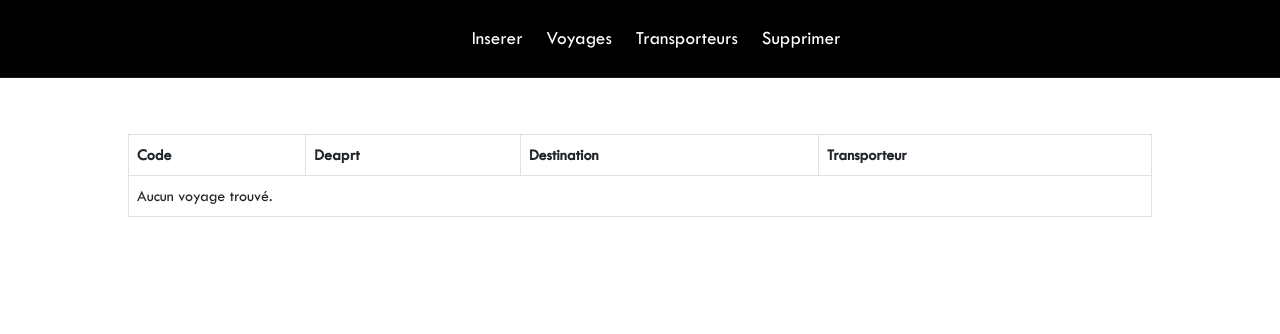
Repository: padevft/examen1-php
Page: http://localhost/server/pages/transporteurs.php
These files come from the project's save history. The page is drawn as it stood at one moment and after the next save; the edit follows.
The browser window is 1280 px wide. The pictures show the whole page.
The page is run by PHP 8.4 with error messages shown; the project is at /var/www/html/.

Above is the page before, as saved 2023-10-10 23:34:41.

### server/pages/transporteurs.php
<?php
    // require_once('../voyage/includes/Voyage.php');
    // require_once('../voyage/modeleVoyage.php');
    function Ctr_Liste(){
        // return Mdl_ListeTransporteur();
        return "";
    }
    $resultat = Ctr_Liste();
?>

<!DOCTYPE html>
<html lang="en">

<head>
  <meta charset="UTF-8" />
  <meta name="viewport" content="width=device-width, initial-scale=1.0" />
  <title>Examen1</title>

  <link rel="stylesheet" href="../../client/utilitaires/bootstrap/css/bootstrap.min.css">
  <link rel="stylesheet" href="../../client/utilitaires/font-awesome-4.7.0/css/font-awesome.min.css">
  <link rel="stylesheet" href="../../client/utilitaires/swiper/swiper-bundle.min.css">
  <link rel="stylesheet" href="../../client/css/styles.css">

</head>

<body>
  <header>
    <nav class="container-nav">
        <ul class="d-flex flex-row align-items-center justify-content-center gap-4 menu">
          <li><a href="./../../index.php" class="menu-item">Inserer</a></li>
            <li><a href="/server/pages/voyages.php" class="menu-item">Voyages</a></li>
            <li><a href="/server/pages/transporteurs.php" class="menu-item">Transporteurs</a></li>
            <li><a href="/server/pages/supprimerVols.php" class="menu-item">Supprimer</a></li>
        </ul>
    </nav>
  </header>
  <main class="voyages">
    <div class="table-responsive">
        <table class="table table-bordered rounded my-2 bg-white">
                <thead>
                    <tr class="active text-secondary">
                        <th>Code</th>
                        <th>Deaprt</th>
                        <th>Destination</th>
                        <th>Transporteur</th>
                    </tr>
                </thead>
                <tbody>
                <?php
                    // Testez si $resultat est un tableau
                    if (is_array($resultat)) {
                        // Si c'est un tableau, itérez à travers les éléments et affichez-les
                        foreach ($resultat as $row) {
                            echo "<tr>";
                            echo "<td>" . $row['code'] . "</td>";
                            echo "<td>" . $row['depart'] . "</td>";
                            echo "<td>" . $row['destination'] . "</td>";
                            echo "<td>" . $row['transporteur'] . "</td>";
                            echo "</tr>";
                        }
                    } else {
                        // Sinon, affichez un message d'erreur
                        echo "<tr><td colspan='4'>Aucun voyage trouvé.</td></tr>";
                    }
                    ?>
                </tbody>
            </table>
    </div>

  </main>
  </main>
  <script src="../../client/utilitaires/Jquery/jquery-3.6.0.min.js"></script>
  <script src="../../client/utilitaires/bootstrap/js/bootstrap.min.js"></script>
</body>

</html>

### client/css/styles.css
/* var text-decoration */
@font-face {
  font-family: myfont;
  src: url(../utilitaires/fonts/ufonts.com_tw-cen-mt.ttf);
}

:root {
  --color-primary: #c54f13;
  --color-primary-1: #b76b452e;
  --color-white-1: #fff;
  --color-dashed: #cccccc2f;
  --color-dashed-1: #cccccc90;
  --color-bg-1: rgba(0, 0, 0, 0.366);
}

* {
  transition: all 0.5s ease;
}

body {
  font-family: myfont !important;
}
h1 {
  display: inline-flex;
  position: relative;
  cursor: pointer;
}

a {
  color: unset;
  outline: unset;
  text-decoration: none !important;
}

ul {
  list-style-type: none; /* Retire les puces */
}

/*

****************************
Header
****************************

*/

header ul {
  margin: 0 !important;
}
.container-nav {
  padding: 1.5rem 0rem;
  background-color: black;
  border-bottom: 1px solid rgba(255, 255, 255, 0.1);
}

.menu-item {
  display: inline;
  position: relative;
  color: var(--color-white-1);
  padding-bottom: 5px;
  font-size: 1.2rem;
}

.menu-item:hover {
  color: var(--color-primary);
}
.menu-item::before {
  content: "";
  position: absolute;
  bottom: 0;
  left: 0;
  background: var(--color-primary);
  height: 2.5px;
  opacity: 1;
  visibility: visible;
  width: 0;
  -webkit-transition: 0.4s all ease-out;
  -o-transition: 0.4s all ease-out;
  transition: 0.4s all ease-out;
}
.menu-item:hover:before {
  width: 100%;
}

.container-form{
  border : 1px solid #ccc;
  border-radius: 10px;
  height: 100vh;
}
.voyages{
  padding: 3rem 8rem;
}

Loaded but not shown: client/utilitaires/bootstrap/css/bootstrap.min.css (library); client/utilitaires/font-awesome-4.7.0/css/font-awesome.min.css (library); client/utilitaires/swiper/swiper-bundle.min.css (library); client/utilitaires/Jquery/jquery-3.6.0.min.js (library); client/utilitaires/bootstrap/js/bootstrap.min.js (library)

After the next save:
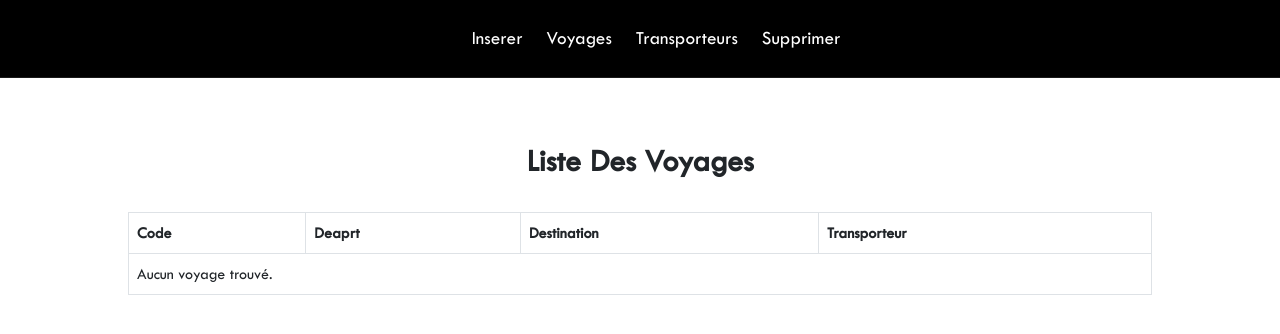
Saved 39 s later.
--- a/server/pages/transporteurs.php
+++ b/server/pages/transporteurs.php
@@ -35,6 +35,7 @@
     </nav>
   </header>
   <main class="voyages">
+    <h2 class="d-flex justify-content-center py-3"><b>Liste Des Voyages</b></h2>
     <div class="table-responsive">
         <table class="table table-bordered rounded my-2 bg-white">
                 <thead>
